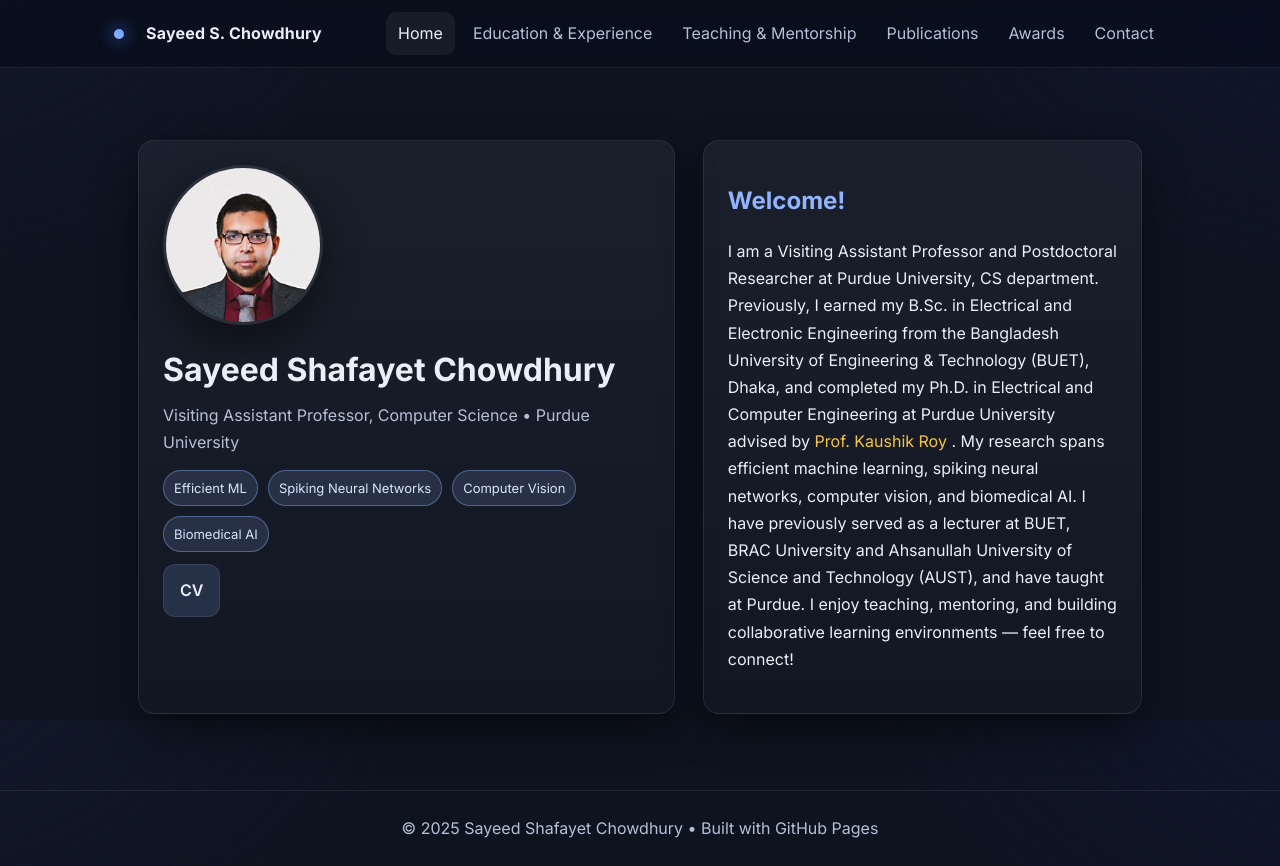
Repository: SayeedChowdhury/SayeedChowdhury.github.io
Page: index.html
These files come from the project's save history. The page is drawn as it stood at one moment and after the next save; the edit follows.
The browser window is 1280 px wide. The pictures show the whole page.

Above is the page before, as saved 2025-08-11 14:40:45.

### index.html
<!doctype html>
<html lang="en">
<head>
  <meta charset="utf-8">
  <meta name="viewport" content="width=device-width, initial-scale=1">
  <title>Sayeed S. Chowdhury • Academic Portfolio</title>
  <link rel="preconnect" href="https://fonts.googleapis.com">
  <link rel="preconnect" href="https://fonts.gstatic.com" crossorigin>
  <link href="https://fonts.googleapis.com/css2?family=Inter:wght@400;600;700&display=swap" rel="stylesheet">
  <link rel="stylesheet" href="assets/style.css">
</head>
<body>
<div class="nav">
  <div class="inner container">
    <div class="brand"><span class="dot"></span> <a href="index.html" style="text-decoration:none;color:inherit;">Sayeed S. Chowdhury</a></div>
    <div style="margin-left:auto; display:flex; gap:6px; flex-wrap:wrap">
      <a href="index.html" class="active">Home</a>
      <a href="edu-exp.html" class="">Education & Experience</a>
      <a href="teaching.html" class="">Teaching & Mentorship</a>
      <!-- <a href="research.html" class="">Research</a> -->
      <a href="publications.html" class="">Publications</a>
      <a href="awards.html" class="">Awards</a>
      <a href="contact.html" class="">Contact</a>
    </div>
  </div>
</div>
<div class="container">

<section class="hero">
  <div class="card">
    <div class="row">
      <img class="headshot" src="images/headshot.jpg" alt="Headshot of Sayeed S. Chowdhury" />
      <div>
        <h1>Sayeed Shafayet Chowdhury</h1>
        <div class="lead">Visiting Assistant Professor, Computer Science • Purdue University</div>
        <div class="badges">
          <span class="badge">Efficient ML</span>
          <span class="badge">Spiking Neural Networks</span>
          <span class="badge">Computer Vision</span>
          <span class="badge">Biomedical AI</span>
        </div>
        <div class="cta">
          <a class="button" href="assets/cv.pdf" target="_blank" rel="noopener">CV</a>
        </div>
      </div>
    </div>
  </div>

  <div class="card">
    <h2>Welcome!</h2>
    <p>
        I am a Visiting Assistant Professor and Postdoctoral Researcher at Purdue University, CS department.
        Previously, I earned my B.Sc. in Electrical and Electronic Engineering from the
        Bangladesh University of Engineering & Technology (BUET), Dhaka, and completed my Ph.D. in Electrical and Computer Engineering at Purdue University advised by
        <a href="https://scholar.google.com/citations?user=to4P8KgAAAAJ&hl=en" target="_blank" rel="noopener">
            Prof. Kaushik Roy
        </a>.
        My research spans efficient machine learning, spiking neural networks, computer vision, and biomedical AI.
        I have previously served as a lecturer at BUET, BRAC University and Ahsanullah University of Science and Technology (AUST), and have taught at Purdue.
        I enjoy teaching, mentoring, and building collaborative learning environments — feel free to connect!
    </p>
</div>

</section>

</div>
<div class="footer">© 2025 Sayeed Shafayet Chowdhury • Built with GitHub Pages</div>
</body>
</html>

### assets/style.css

:root{
  --bg:#0e1320;
  --bg-grad1:#121a2d;
  --panel:#151b2e;
  --panel-2:#101626;
  --ink:#e9eef7;
  --muted:#b4c0d6;
  --navy:#92b4ff;
  --gold:#f3c77a;
  --border:rgba(255,255,255,.08);
  --shadow:0 16px 40px rgba(0,0,0,.45);
  --radius:16px;
}

*{box-sizing:border-box}
html,body{height:100%}
body{
  margin:0;
  color:var(--ink);
  background:
    radial-gradient(900px 600px at -10% -10%, var(--bg-grad1) 0%, transparent 60%),
    radial-gradient(900px 600px at 110% -10%, #0f1830 0%, transparent 60%),
    var(--bg);
  font:16px/1.7 "Inter", system-ui, -apple-system, Segoe UI, Roboto, Helvetica, Arial;
  -webkit-font-smoothing:antialiased;
}

.container{max-width:1100px;margin:0 auto;padding:24px}

.nav{
  position:sticky; top:0; z-index:10;
  background:rgba(9,13,24,.7);
  backdrop-filter:saturate(170%) blur(10px);
  border-bottom:1px solid var(--border);
}
.nav .inner{display:flex; align-items:center; gap:16px; padding:12px 24px;}
.nav .brand{display:flex; align-items:center; gap:10px; font-weight:700; letter-spacing:.2px; color:var(--ink)}
.nav .brand .dot{width:10px;height:10px;border-radius:50%;background:linear-gradient(45deg,var(--navy),#6aa0ff); box-shadow:0 0 16px #4e79ff}
.nav a{color:var(--muted); text-decoration:none; padding:8px 12px; border-radius:10px}
.nav a.active, .nav a:hover{color:var(--ink); background:rgba(255,255,255,.06)}

.hero{
  display:grid; grid-template-columns:1.1fr .9fr; gap:28px; align-items:stretch;
  padding:48px 24px 12px;
}
.card{
  background:linear-gradient(180deg, rgba(255,255,255,.05), rgba(255,255,255,.02));
  border:1px solid var(--border);
  border-radius:var(--radius);
  box-shadow:var(--shadow);
  padding:24px;
}
h1{font-size:32px; margin:0 0 4px}
h2{font-size:24px;margin:16px 0 10px;color:var(--navy)}
h3{font-size:18px;margin:0 0 6px}
.lead{color:var(--muted); font-size:16px}
.badges{display:flex; flex-wrap:wrap; gap:10px; margin-top:14px}
.badge{background:rgba(146,180,255,.14); border:1px solid rgba(146,180,255,.4); color:#d9e4ff; padding:6px 10px; border-radius:999px; font-size:13px}

.row{display:flex; gap:18px; flex-wrap:wrap; align-items:center}
.cta{display:flex; gap:12px; flex-wrap:wrap; margin-top:12px}
.button{display:inline-flex;align-items:center;gap:10px;padding:12px 16px;border-radius:12px;border:1px solid var(--border);background:rgba(146,180,255,.16);color:var(--ink);text-decoration:none;font-weight:600}
.button.secondary{background:rgba(255,255,255,.04)}

.headshot{width:160px;height:160px;border-radius:50%;object-fit:cover;border:3px solid rgba(255,255,255,.08);box-shadow:var(--shadow)}

.section{padding:12px}
.kicker{color:var(--gold);font-weight:700;letter-spacing:.4px;text-transform:uppercase;font-size:12px}

.list{padding-left:20px}
.list li{margin:10px 0}

.footer{border-top:1px solid var(--border); color:var(--muted); padding:24px; text-align:center; margin-top:40px}

@media (max-width: 900px){
  .hero{grid-template-columns:1fr}
}

@media print{
  .nav,.footer,.cta{display:none}
  body{background:white;color:#111}
  .card{box-shadow:none}
}

/* General link style */
a {
  color: #f5c542; /* light gold color */
  text-decoration: none; /* optional: remove underline */
}

/* Hover effect */
a:hover {
  color: #ffdb70; /* slightly brighter gold */
  text-decoration: underline; /* optional: underline on hover */
}

/* Visited links (to avoid purple) */
a:visited {
  color: #f5c542;
}

After the next save:
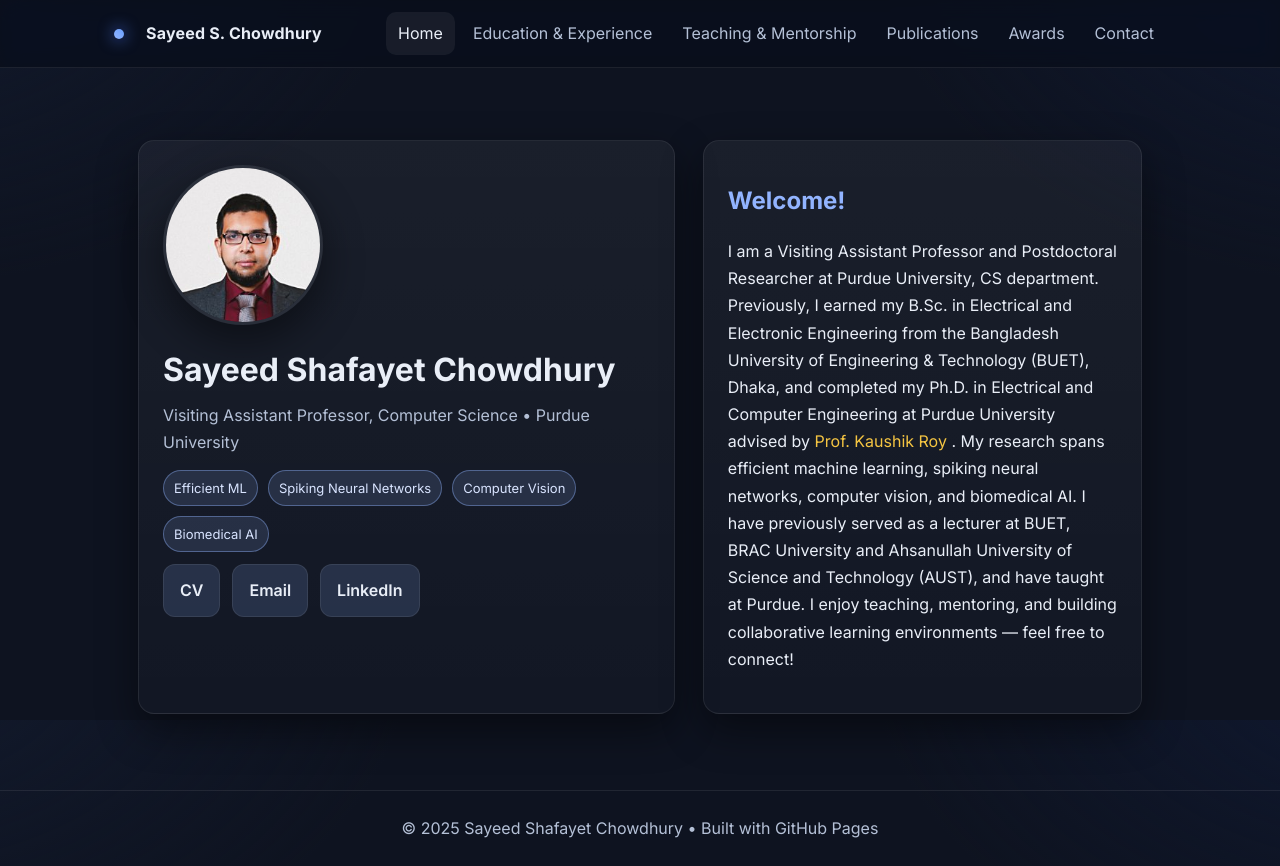
Saved 4 min 39 s later.
--- a/index.html
+++ b/index.html
@@ -41,7 +41,10 @@
         </div>
         <div class="cta">
           <a class="button" href="assets/cv.pdf" target="_blank" rel="noopener">CV</a>
+          <a class="button" href="mailto:turjo11@gmail.com">Email</a>
+          <a class="button" href="https://www.linkedin.com/in/sayeed-shafayet-c-355aa7a1/" target="_blank" rel="noopener">LinkedIn</a>
         </div>
+
       </div>
     </div>
   </div>
